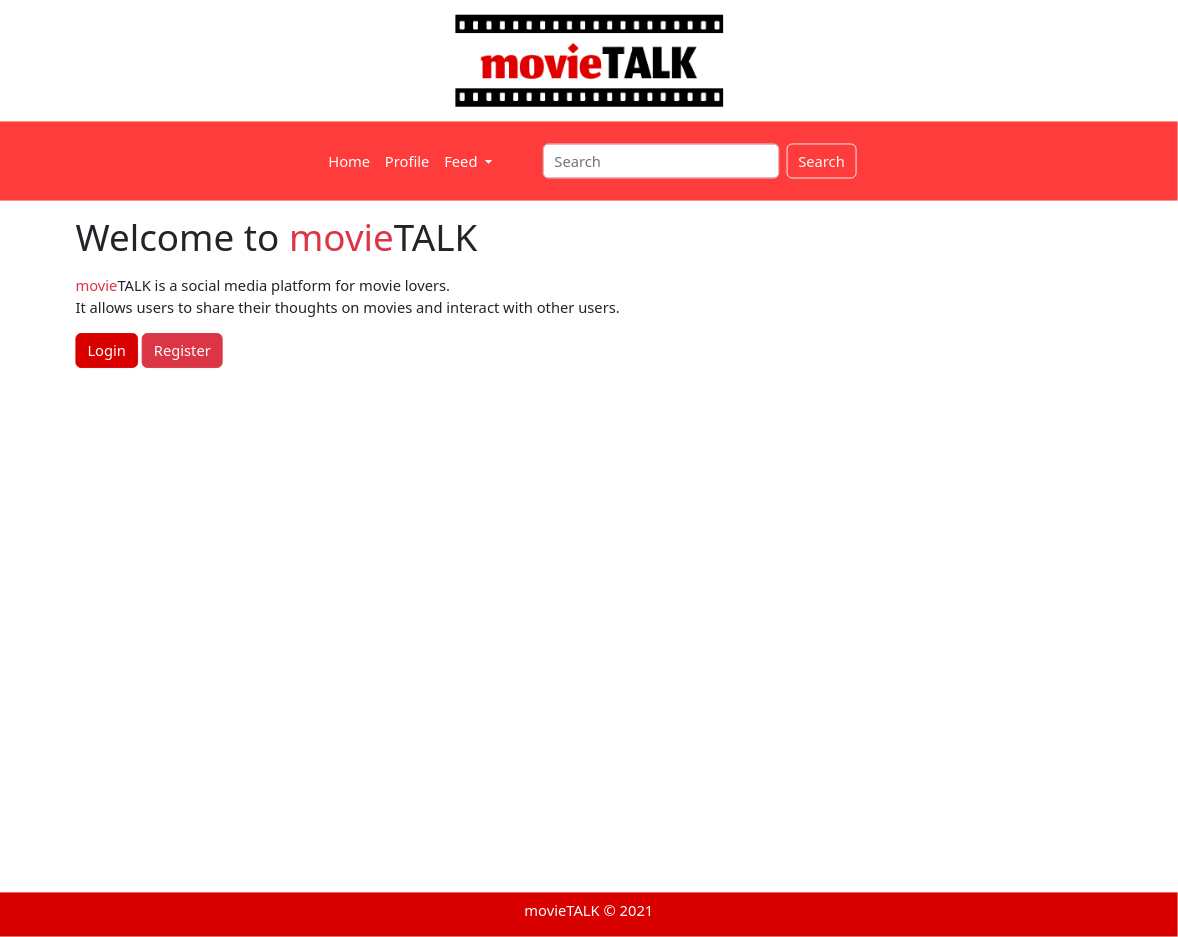
Repository: runeunhjem/css-frameworks-ca
Page: index.html
An editor plug-in stored every save of this project. The page is shown before and after the next save, followed by the edit.
The browser window is 1280 px wide. The pictures show the whole page, at 92% of full size.
The style sheet was rebuilt from its Sass, Less or Tailwind sources for each picture, by a compiler version that may differ from the author's.

Above is the page before, as saved 2023-08-25 08:57:43.

After the next save:
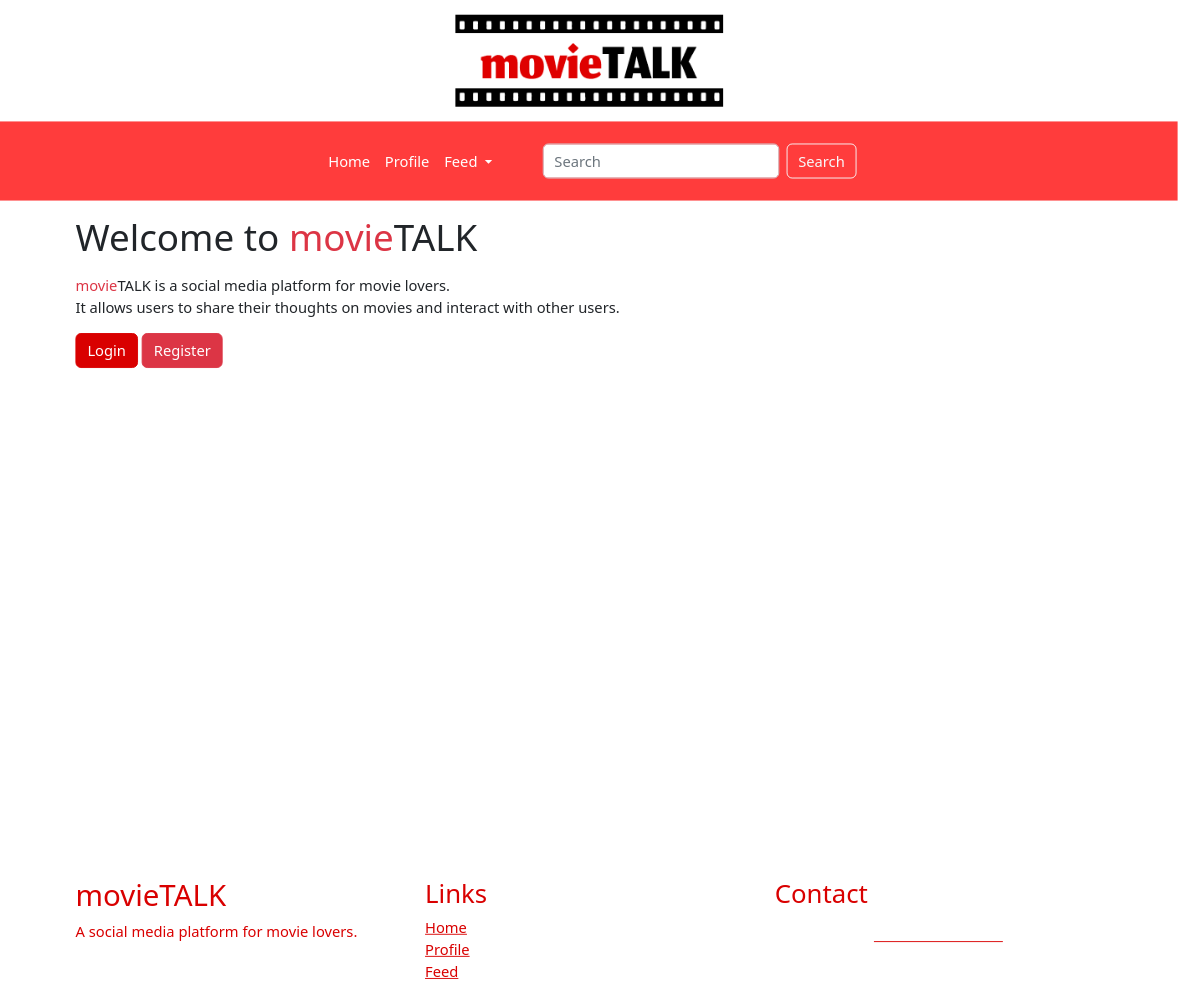
Saved 5 s later.
--- a/index.html
+++ b/index.html
@@ -74,7 +74,23 @@
 </main>
 <footer>
   <div class="container">
-
+    <div class="row">
+      <div class="col">
+        <h2 class="text-primary">movieTALK</h2>
+        <p class="text-primary">A social media platform for movie lovers.</p>
+      </div>
+      <div class="col">
+        <h3 class="text-primary">Links</h3>
+        <ul class="list-unstyled">
+          <li><a href="index.html" class="text-primary">Home</a></li>
+          <li><a href="profile/index.html" class="text-primary">Profile</a></li>
+          <li><a href="feed/index.html" class="text-primary">Feed</a></li>
+        </ul>
+      </div>
+      <div class="col">
+        <h3 class="text-primary">Contact</h3>
+        <ul class="list-unstyled">
+          <li><a href="mailto:
 
   </div>
   <div class="container-fluid bg-primary mt-3">

After the save that followed:
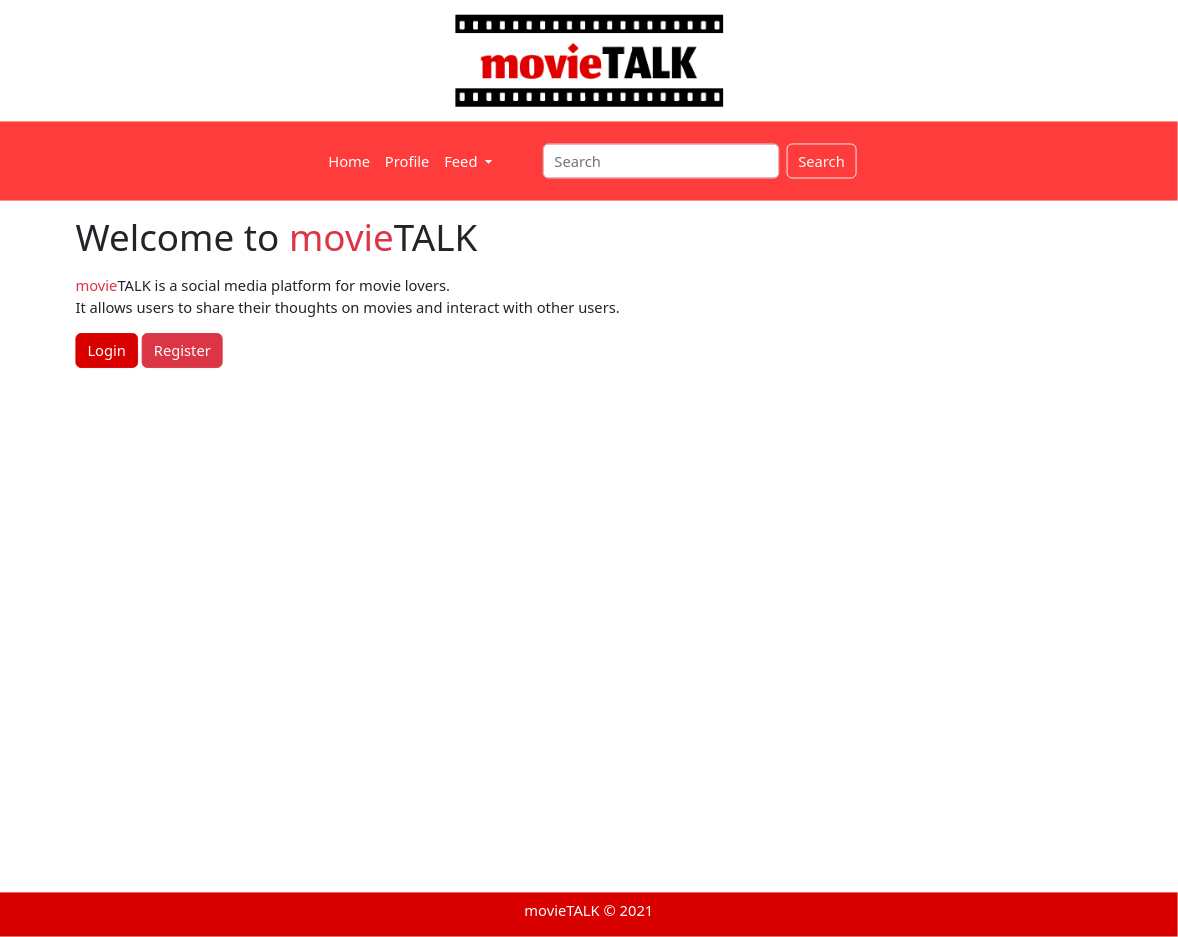
Saved 6 s later.
--- a/index.html
+++ b/index.html
@@ -74,23 +74,7 @@
 </main>
 <footer>
   <div class="container">
-    <div class="row">
-      <div class="col">
-        <h2 class="text-primary">movieTALK</h2>
-        <p class="text-primary">A social media platform for movie lovers.</p>
-      </div>
-      <div class="col">
-        <h3 class="text-primary">Links</h3>
-        <ul class="list-unstyled">
-          <li><a href="index.html" class="text-primary">Home</a></li>
-          <li><a href="profile/index.html" class="text-primary">Profile</a></li>
-          <li><a href="feed/index.html" class="text-primary">Feed</a></li>
-        </ul>
-      </div>
-      <div class="col">
-        <h3 class="text-primary">Contact</h3>
-        <ul class="list-unstyled">
-          <li><a href="mailto:
+
 
   </div>
   <div class="container-fluid bg-primary mt-3">
